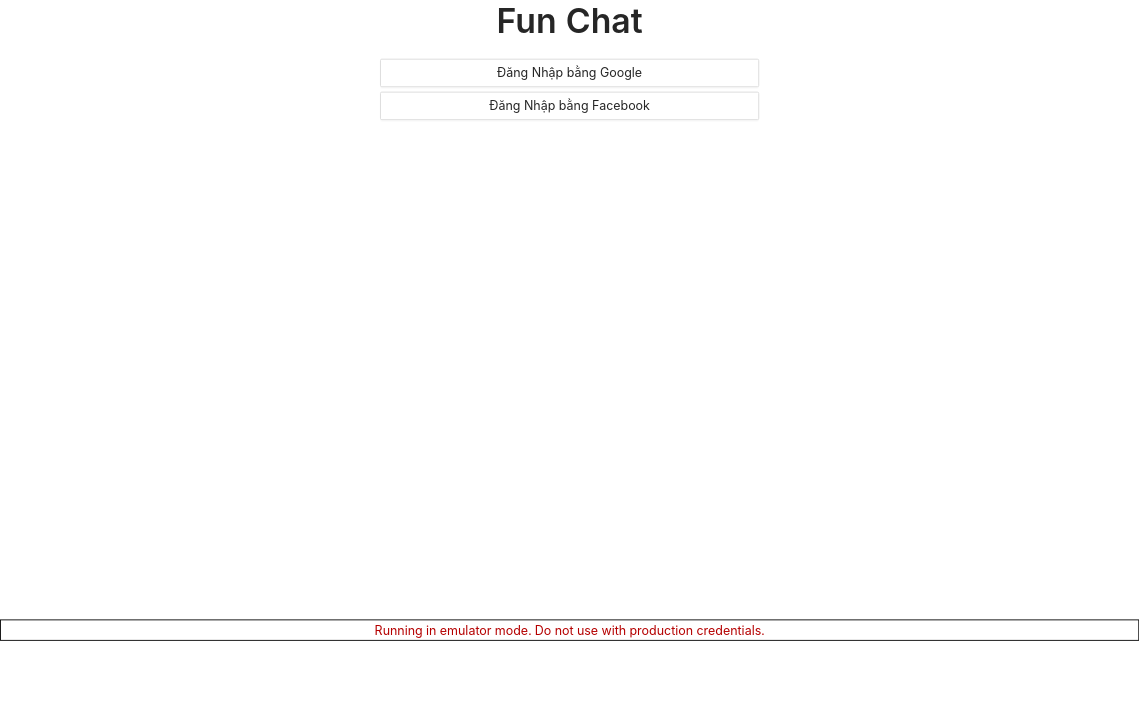
Repository: vandat598/chatapp
Page: /
These files come from the project's save history. The page is drawn as it stood at one moment and after a run of saves; the edit follows.
The browser window is 1280 px wide. The pictures show the whole page, at 89% of full size.
The project was rebuilt for these pictures with package versions that can differ from the ones it lists, and the page was loaded fresh each time. Also part of the build but not shown: src/components/ChatRoom/Userinfo.scss, src/components/ChatRoom/UserInfo.js, src/components/ChatRoom/RoomList.scss, src/components/ChatRoom/RoomList.js, src/components/ChatRoom/Sidebar.scss, src/components/ChatRoom/Sidebar.js, src/components/ChatRoom/ChatWindow.scss, src/components/ChatRoom/Message.scss and 4 more.

Above is the page before, as saved 2022-06-21 17:41:45.

### src/index.css
@import '~antd/dist/antd.css';

body {
    margin: 0;
    font-family: -apple-system, BlinkMacSystemFont, 'Segoe UI', 'Roboto',
        'Oxygen', 'Ubuntu', 'Cantarell', 'Fira Sans', 'Droid Sans',
        'Helvetica Neue', sans-serif;
    -webkit-font-smoothing: antialiased;
    -moz-osx-font-smoothing: grayscale;
}

code {
    font-family: source-code-pro, Menlo, Monaco, Consolas, 'Courier New',
        monospace;
}

### src/App.js
import { BrowserRouter, Routes, Route } from 'react-router-dom';

import Login from './components/Login/Login.js';
import ChatRoom from './components/ChatRoom/';
import AuthProvider from './Context/AuthProvider.js';
import AppProvider from './Context/AppProvider.js';
import AddRoomModal from './components/Modals/AddRoomModal.js';
import InviteMemberModal from './components/Modals/InviteMemberModal.js';

function App() {
    return (
        <BrowserRouter>
            <AuthProvider>
                <AppProvider>
                    <Routes>
                        <Route path="/login" element={<Login />} />
                        <Route path="/" element={<ChatRoom />} />
                    </Routes>
                    <AddRoomModal />
                    <InviteMemberModal />
                </AppProvider>
            </AuthProvider>
        </BrowserRouter>
    );
}

export default App;

### src/components/Login/Login.js
import React from 'react';
import { Row, Col, Typography, Button } from 'antd';
import {
    GoogleAuthProvider,
    FacebookAuthProvider,
    signInWithPopup,
} from 'firebase/auth';

import { auth } from '../../firebase/firebaseConfig.js';
import { addDocument, generateKeywords } from '../../firebase/services.js';
import './Login.scss';

const { Title } = Typography;

const fbProvider = new FacebookAuthProvider();
const GgProvider = new GoogleAuthProvider();

function Login() {
    const handleFbLogin = async () => {
        const { _tokenResponse, user } = await signInWithPopup(
            auth,
            fbProvider
        );

        if (_tokenResponse.isNewUser) {
            addDocument('users', {
                displayName: user.displayName,
                email: user.email,
                photoURL: user.photoURL,
                uid: user.uid,
                providerId: _tokenResponse.providerId,
                keywords: generateKeywords(user.displayName),
            });
        }
    };

    const handleGgLogin = () => {
        signInWithPopup(auth, GgProvider);
    };

    return (
        <React.Fragment>
            <Row justify="center" style={{ height: 800 }}>
                <Col span={8} className="respon_mobile">
                    <Title style={{ textAlign: 'center' }}>Fun Chat</Title>
                    <Button
                        style={{ width: '100%', marginBottom: 5 }}
                        onClick={handleGgLogin}
                    >
                        Đăng Nhập bằng Google
                    </Button>
                    <Button style={{ width: '100%' }} onClick={handleFbLogin}>
                        Đăng Nhập bằng Facebook
                    </Button>
                </Col>
            </Row>
        </React.Fragment>
    );
}

export default Login;

### src/Context/AuthProvider.js
import { useNavigate } from 'react-router-dom';
import { onAuthStateChanged } from 'firebase/auth';
import { useEffect, createContext } from 'react';
import { useState } from 'react';
import { Spin } from 'antd';

import { auth } from '../firebase/firebaseConfig.js';

const AuthContext = createContext();

function AuthProvider({ children }) {
    const [user, setUser] = useState({});
    const navigate = useNavigate();
    const [isLoading, setIsLoading] = useState(true);
    const [nameUser, setNameUser] = useState();

    useEffect(() => {
        const unsubcribe = onAuthStateChanged(auth, user => {
            if (user) {
                const { displayName, email, uid, photoURL } = user;
                setUser({ displayName, email, uid, photoURL });
                setIsLoading(false);
                navigate('/', { replace: user });
                setNameUser(displayName);
            } else {
                navigate('/login', { replace: user });
                setIsLoading(false);
            }
        });

        // clean fc
        return () => {
            unsubcribe();
        };
    }, [navigate]);

    return (
        <AuthContext.Provider value={{ user, nameUser }}>
            {isLoading ? <Spin /> : children}
        </AuthContext.Provider>
    );
}

export { AuthContext };
export default AuthProvider;

### src/Context/AppProvider.js
import { createContext, useState } from 'react';
import { useContext, useMemo } from 'react';

import useFirestore from '../hooks/useFirestore.js';
import { AuthContext } from './AuthProvider.js';

const AppContext = createContext();

function AppProvider({ children }) {
    const [isAddRoomVisible, setIsAddRoomVisible] = useState(false);
    const [isInviteMemberVisible, setIsInviteMemberVisible] = useState(false);
    const [selectedRoomId, setSelectedRoomId] = useState('');

    const {
        user: { uid },
    } = useContext(AuthContext);

    const roomsCondition = useMemo(() => {
        return {
            fieldName: 'members',
            operator: 'array-contains',
            compareValue: uid,
        };
    }, [uid]);

    const rooms = useFirestore('rooms', roomsCondition);

    const selectedRoom = useMemo(
        () => rooms.find(room => room.id === selectedRoomId) || {},
        [rooms, selectedRoomId]
    );

    const usersCondition = useMemo(() => {
        return {
            fieldName: 'uid',
            operator: 'in',
            compareValue: selectedRoom.members,
        };
    }, [selectedRoom.members]);

    const members = useFirestore('users', usersCondition);

    return (
        <AppContext.Provider
            value={{
                rooms,
                members,
                selectedRoom,
                isAddRoomVisible,
                setIsAddRoomVisible,
                selectedRoomId,
                setSelectedRoomId,
                isInviteMemberVisible,
                setIsInviteMemberVisible,
            }}
        >
            {children}
        </AppContext.Provider>
    );
}

export { AppContext };
export default AppProvider;

### src/components/Modals/AddRoomModal.js
import { Modal, Form, Input } from 'antd';
import { useContext } from 'react';
import { AppContext } from '../../Context/AppProvider.js';
import { AuthContext } from '../../Context/AuthProvider.js';
import { addDocument } from '../../firebase/services.js';

function AddRoomModal() {
    const { isAddRoomVisible, setIsAddRoomVisible } = useContext(AppContext);
    const {
        user: { uid },
    } = useContext(AuthContext);
    const [form] = Form.useForm();

    const handleOk = () => {
        addDocument('rooms', { ...form.getFieldValue(), members: [uid] });

        form.resetFields();

        setIsAddRoomVisible(false);
    };

    const handleCancel = () => {
        setIsAddRoomVisible(false);
        form.resetFields();
    };

    return (
        <div>
            <Modal
                title="Tạo phòng"
                visible={isAddRoomVisible}
                onOk={handleOk}
                onCancel={handleCancel}
            >
                <Form form={form} layout="vertical">
                    <Form.Item label="Tên Phòng" name="name">
                        <Input placeholder="Nhập tên phòng" />
                    </Form.Item>
                    <Form.Item label="Mô tả" name="description">
                        <Input.TextArea placeholder="Nhập mô tả" />
                    </Form.Item>
                </Form>
            </Modal>
        </div>
    );
}

export default AddRoomModal;

### src/components/Modals/InviteMemberModal.js
import { Modal, Form, Select, Spin, Avatar } from 'antd';
import { debounce } from 'lodash';
import { useContext, useState, useMemo } from 'react';
import {
    query,
    where,
    collection,
    orderBy,
    limit,
    getDocs,
    updateDoc,
    doc,
} from 'firebase/firestore';

import { AppContext } from '../../Context/AppProvider.js';
import { db } from '../../firebase/firebaseConfig.js';

// sẽ chỉ gọi API sau 300ms, giúp cải thiện performance
function DebounceSelect({ fetchOptions, debounceTimeout = 300, ...props }) {
    const [fetching, setFetching] = useState(false);
    const [options, setOptions] = useState([]);

    const debounceFetcher = useMemo(() => {
        const loadOptions = value => {
            setOptions([]);
            setFetching(true);

            fetchOptions(value, props.curmembers).then(newOptions => {
                setOptions(newOptions);
                setFetching(false);
            });
        };

        return debounce(loadOptions, debounceTimeout);
    }, [fetchOptions, debounceTimeout, props.curmembers]);

    return (
        <Select
            labelInValue
            filterOption={false}
            onSearch={debounceFetcher}
            notFoundContent={fetching ? <Spin size="small" /> : null}
            {...props}
        >
            {options.map((opt, index) => {
                return (
                    <Select.Option
                        key={index}
                        value={opt.value}
                        title={opt.label}
                    >
                        <Avatar size="small" src={opt.photoURL}>
                            {opt.photoURL
                                ? ''
                                : opt.label?.charAt(0).toUpperCase()}
                        </Avatar>
                        {` ${opt.label}`}
                    </Select.Option>
                );
            })}
        </Select>
    );
}

async function fetchUserList(search, curmembers) {
    const querySearch = query(
        collection(db, 'users'),
        where('keywords', 'array-contains', search),
        orderBy('displayName'),
        limit(20)
    );
    console.log(querySearch);
    const resultSearch = getDocs(querySearch).then(snapshot => {
        console.log({ docs: snapshot.docs[0].data() });
        return snapshot.docs
            .map(doc => ({
                label: doc.data().displayName,
                value: doc.data().uid,
                photoURL: doc.data().photoURL,
            }))
            .filter(opt => !curmembers.includes(opt.value));
    });
    return resultSearch;
}

// Invite Members ----------------------------------------------------------------------
function InviteMemberModal() {
    const {
        isInviteMemberVisible,
        setIsInviteMemberVisible,
        selectedRoomId,
        selectedRoom,
    } = useContext(AppContext);
    const [value, setValue] = useState([]);

    const [form] = Form.useForm();

    const handleOk = () => {
        form.resetFields();

        updateDoc(doc(db, 'rooms', selectedRoomId), {
            members: [...selectedRoom.members, ...value.map(val => val.value)],
        });

        setIsInviteMemberVisible(false);
    };

    const handleCancel = () => {
        form.resetFields();
        setIsInviteMemberVisible(false);
    };

    return (
        <div>
            <Modal
                title="Mời thành viên"
                visible={isInviteMemberVisible}
                onOk={handleOk}
                onCancel={handleCancel}
            >
                <Form form={form} layout="vertical">
                    <DebounceSelect
                        mode="multiple"
                        label="Tên thành viên"
                        value={value}
                        placeholder="Nhập tên thành viên"
                        fetchOptions={fetchUserList}
                        onChange={newValue => setValue(newValue)}
                        style={{ width: '100%' }}
                        curmembers={selectedRoom.members}
                    />
                </Form>
            </Modal>
        </div>
    );
}

export default InviteMemberModal;

### src/firebase/firebaseConfig.js
import { initializeApp } from 'firebase/app';

import { getAuth, connectAuthEmulator } from 'firebase/auth';
import { getStorage } from 'firebase/storage';
import { getFirestore, connectFirestoreEmulator } from 'firebase/firestore';

const firebaseConfig = {
    apiKey: 'AIzaSyDkFpCsCI9zAK0PTY3kin1-CxUbkAfzAy4',
    authDomain: 'chat-app-tvd.firebaseapp.com',
    projectId: 'chat-app-tvd',
    storageBucket: 'chat-app-tvd.appspot.com',
    messagingSenderId: '521751486245',
    appId: '1:521751486245:web:266af1b075aec63bed04cc',
    measurementId: 'G-JLRMKNDBGV',
};

const app = initializeApp(firebaseConfig);

const auth = getAuth(app);
const storage = getStorage(app);
const db = getFirestore(app);

// run on firebase Emulators
connectAuthEmulator(auth, 'http://localhost:9099');
if (window.location.hostname === 'localhost') {
    connectFirestoreEmulator(db, 'localhost', 8080);
}

export { auth, storage, db };

### src/firebase/services.js
import { serverTimestamp } from 'firebase/firestore';
import { collection, addDoc } from 'firebase/firestore';

import { db } from './firebaseConfig.js';

const addDocument = (document, data) => {
    const query = {
        ...data,
        createdAt: serverTimestamp(),
    };

    addDoc(collection(db, document), query);
};

// -------------------------------------------
// Giải thuật tìm kiếm tên thành viên
const generateKeywords = displayName => {
    // liet ke tat cac hoan vi. vd: name = ["David", "Van", "Teo"]
    // => ["David", "Van", "Teo"], ["David", "Teo", "Van"], ["Teo", "David", "Van"],...
    const name = displayName.split(' ').filter(word => word);

    const length = name.length;
    let flagArray = [];
    let result = [];
    let stringArray = [];

    /**
     * khoi tao mang flag false
     * dung de danh dau xem gia tri
     * tai vi tri nay da duoc su dung
     * hay chua
     **/
    for (let i = 0; i < length; i++) {
        flagArray[i] = false;
    }

    const createKeywords = name => {
        const arrName = [];
        let curName = '';
        name.split('').forEach(letter => {
            curName += letter;
            arrName.push(curName);
        });
        return arrName;
    };

    function findPermutation(k) {
        for (let i = 0; i < length; i++) {
            if (!flagArray[i]) {
                flagArray[i] = true;
                result[k] = name[i];

                if (k === length - 1) {
                    stringArray.push(result.join(' '));
                }

                findPermutation(k + 1);
                flagArray[i] = false;
            }
        }
    }

    findPermutation(0);

    const keywords = stringArray.reduce((acc, cur) => {
        const words = createKeywords(cur);
        return [...acc, ...words];
    }, []);

    return keywords;
};

export { addDocument, generateKeywords };

### src/components/Login/Login.scss
@media (max-width: 739px) {
    .respon_mobile {
        max-width: 100%;
    }
}

### src/hooks/useFirestore.js
import { useEffect, useState } from 'react';
import {
    collection,
    onSnapshot,
    orderBy,
    query,
    where,
} from 'firebase/firestore';

import { db } from '../firebase/firebaseConfig.js';

const useFirestore = (collec, condition) => {
    const [documents, setDocuments] = useState([]);

    useEffect(() => {
        if (condition) {
            if (!condition.compareValue || !condition.compareValue.length) {
                return;
            }
            var w = where(
                condition.fieldName,
                condition.operator,
                condition.compareValue
            );
        }

        const q = query(collection(db, collec), w, orderBy('createdAt'));

        const unsubscribe = onSnapshot(q, snapshot => {
            const documents = snapshot.docs.map(doc => ({
                ...doc.data(),
                id: doc.id,
            }));

            setDocuments(documents);
        });

        return unsubscribe;
    }, [collec, condition]);

    return documents;
};

export default useFirestore;

Loaded but not shown: public/index.html (common file); src/index.js (common file); src/reportWebVitals.js (common file)

After the next 2 saves:
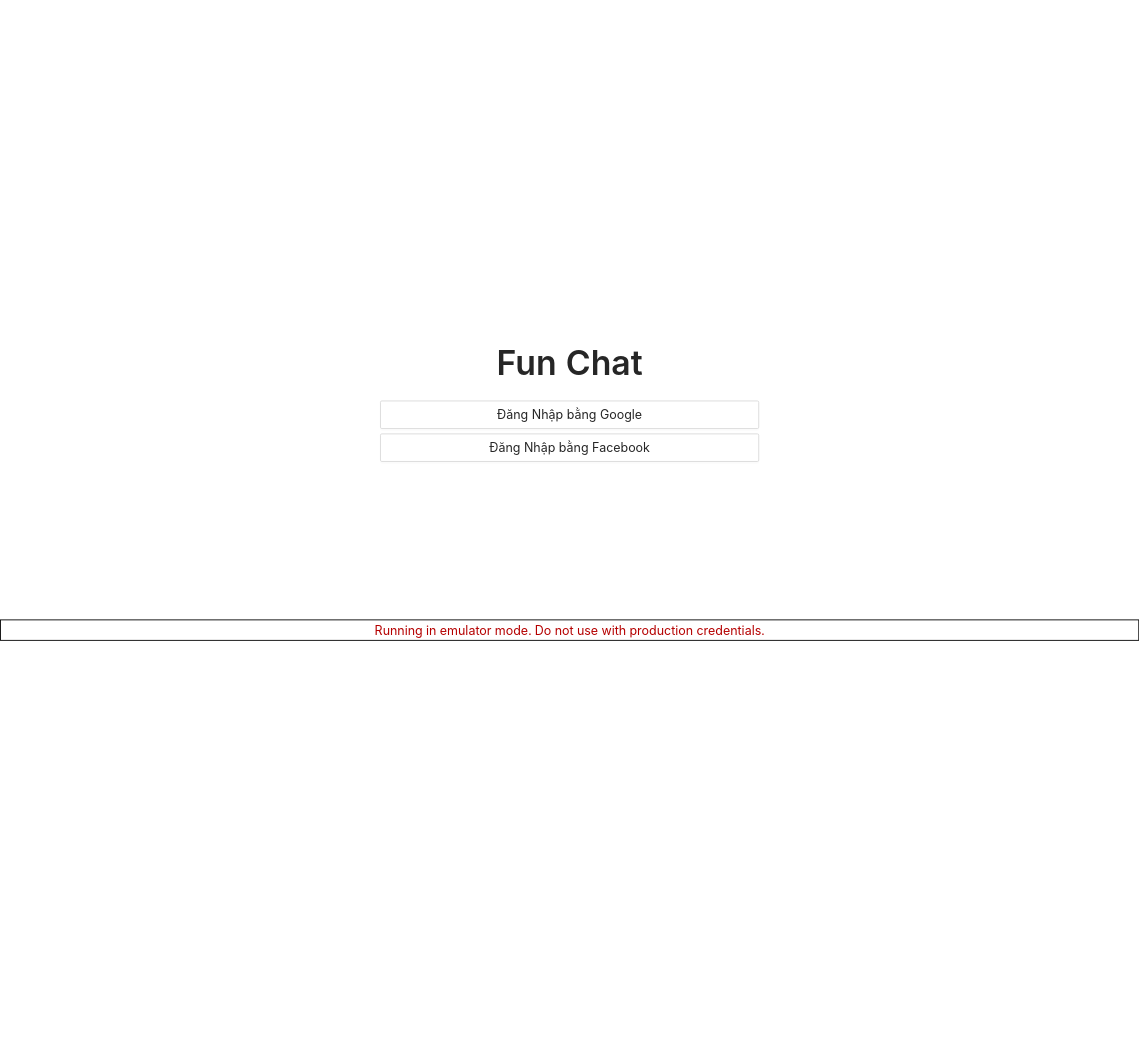
The 2 saves are shown as one change because 1 did not build or start.
The last was saved 19 s later.
--- a/src/components/Login/Login.js
+++ b/src/components/Login/Login.js
@@ -40,7 +40,7 @@ function Login() {
 
     return (
         <React.Fragment>
-            <Row justify="center" style={{ height: 800 }}>
+            <Row justify="center" style={{ height: 800, marginTop: '30%' }}>
                 <Col span={8} className="respon_mobile">
                     <Title style={{ textAlign: 'center' }}>Fun Chat</Title>
                     <Button
